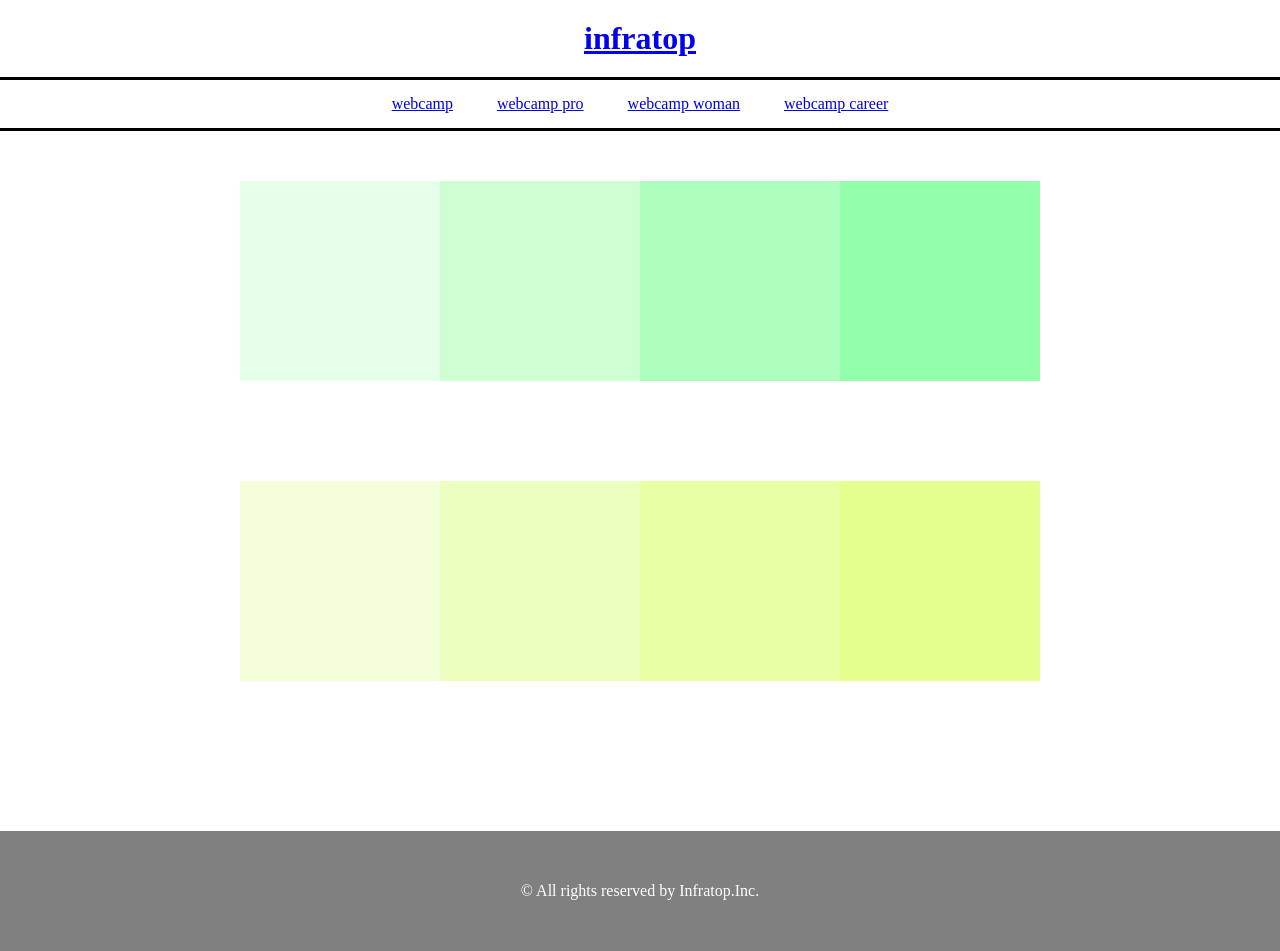
Repository: hayase-m/Webcamp
Page: chapter5/chapter5.html
The author's editor kept a record of every edit. The page is drawn from the files as they stood at one moment, then again after the next edit.
The browser window is 1280 px wide. The pictures show the whole page.

Above is the page before.

### chapter5/chapter5.html
<!DOCTYPE html>
<html lang="en">
<head>
  <meta charset="UTF-8">
  <link rel="stylesheet" href="style.css" />
  <title>Document</title>
</head>
<body>
  <header>
    <h1 class="title">
      <a href="chapter5.html">infratop</a>
    </h1>
  </header>

  <nav>
    <ul>
      <li class="item"><a href="chapter5.html">webcamp</a></li>
      <li class="item"><a href="chapter5.html">webcamp pro</a></li>
      <li class="item"><a href="chapter5.html">webcamp woman</a></li>
      <li class="item"><a href="chapter5.html">webcamp career</a></li>
    </ul>
  </nav>

  <main>
    <div class="box1"></div>
    <div class="box2"></div>
    <div class="box3"></div>
    <div class="box4"></div>
    <div class="box5"></div>
    <div class="box6"></div>
    <div class="box7"></div>
    <div class="box8"></div>
  </main>

<footer>
  <p class="footer-text">© All rights reserved by Infratop.Inc.</p>
</footer>

</body>
</html>

### chapter5/style.css
* {
  margin: 0;
  padding: 0;
  box-sizing: border-box;
}

header {
  width: 100%;
}

.title {
  padding: 20px 0;
  text-align: center;
}

nav {
  border-bottom: solid;
  border-top: solid;
  text-align: center;
}

.item {
  display: inline-block;
  padding: 15px 20px 15px;
}

main {
  width: 800px;
  height: 600px;
  margin: 50px auto;
  display: flex;
  /*justify-content: center;*/
  flex-wrap: wrap;
}

.box1 {
  width: 200px;
  height: 200px;
  background-color: #e6ffe9;
}

.box2 {
  width: 200px;
  height: 200px;
  background-color: #cdffd3;
}

.box3 {
  width: 200px;
  height: 200px;
  background-color: #aeffbd;
}

.box4 {
  width: 200px;
  height: 200px;
  background-color: #93ffab;
}

.box5 {
  width: 200px;
  height: 200px;
  background-color: #f3ffd8;
}

.box6 {
  width: 200px;
  height: 200px;
  background-color: #edffbe;
}

.box7 {
  width: 200px;
  height: 200px;
  background-color: #e9ffa5;
}

.box8 {
  width: 200px;
  height: 200px;
  background-color: #e4ff8d;
}

.box9 {
  width: 200px;
  height: 200px;
  background-color: #d9e5ff;
}

.box10 {
  width: 200px;
  height: 200px;
  background-color: #bad3ff;
}

.box11 {
  width: 200px;
  height: 200px;
  background-color: #a4c6ff;
}

.box12 {
  width: 200px;
  height: 200px;
  background-color: #8eb8ff;
}


footer {
  height: 120px;
  background-color: gray;
}

.footer-text {
  text-align: center;
  color: #fff;
  line-height: 120px;
}

After the next edit:
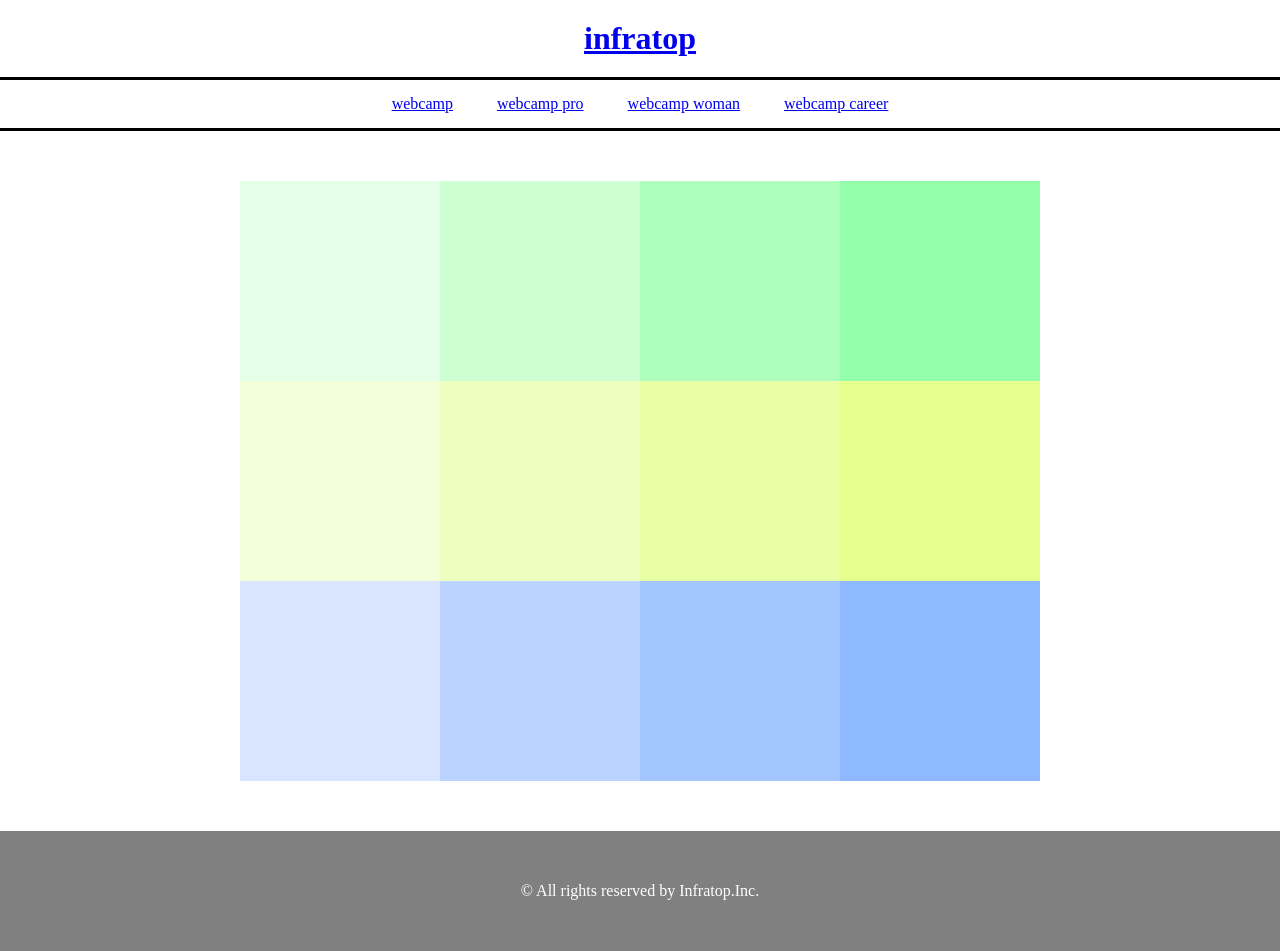
The edit:
--- a/chapter5/chapter5.html
+++ b/chapter5/chapter5.html
@@ -30,6 +30,10 @@
     <div class="box6"></div>
     <div class="box7"></div>
     <div class="box8"></div>
+    <div class="box9"></div>
+    <div class="box10"></div>
+    <div class="box11"></div>
+    <div class="box12"></div>
   </main>
 
 <footer>
